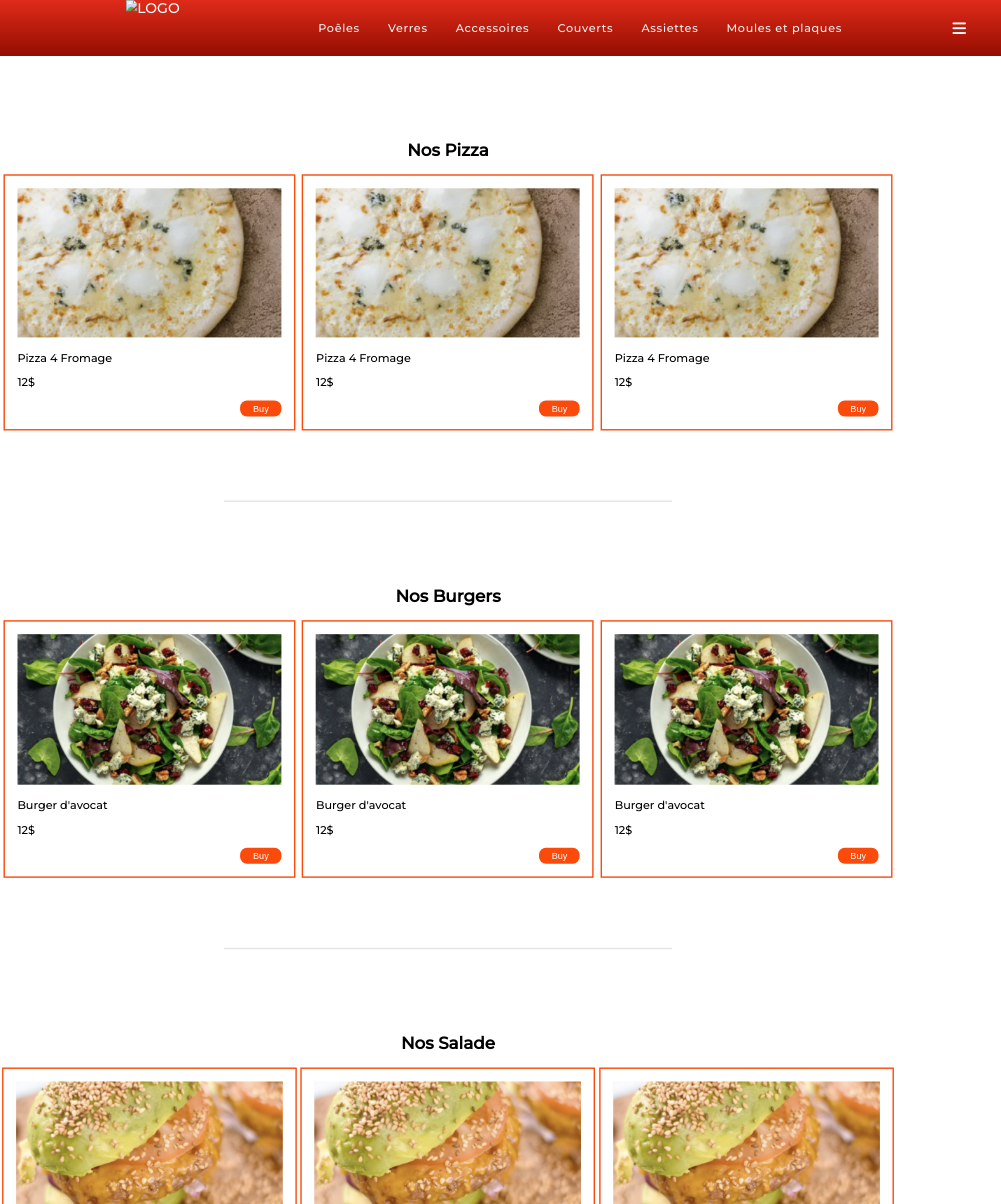
Repository: Ahlam-belhadj/bella-olange
Page: index.html
An editor plug-in stored every save of this project. The page is shown before and after a run of saves, followed by the edit.
The browser window is 1280 px wide. The page is 1430 px wide, so the pictures cover 1430 px, including what lies to the right of the window. The pictures show the part of the page from y = 0 to 1720 px (the page is 2870 px tall), at 70% of full size.

Above is the page before, as saved 2023-02-12 00:14:08.

### index.html
<!DOCTYPE html>
<html lang="en">

<head>
    <meta charset="UTF-8">
    <meta http-equiv="X-UA-Compatible" content="IE=edge">
    <meta name="viewport" content="width=device-width, initial-scale=1.0">
    <script src="https://code.iconify.design/iconify-icon/1.0.3/iconify-icon.min.js"></script>
    <link rel="stylesheet" href="https://cdnjs.cloudflare.com/ajax/libs/font-awesome/6.2.1/css/all.min.css" />
    <link rel="stylesheet" href="style.css">
    <title>Bella olanje</title>
</head>

<body>
        <nav>
            <div class="logo"><img classsrc="image/logo_bella_olonje.png" alt="logo"></div>
            <ul>
                <li><a href="#" class="nav-link">Poêles</a></li>
                <li><a href="#" class="nav-link">Verres</a></li>
                <li><a href="#" class="nav-link">Accessoires</a></li>
                <li><a href="#" class="nav-link">Couverts</a></li>
                <li><a href="#" class="nav-link">Assiettes</a></li>
                <li><a href="#" class="nav-link">Moules et plaques</a></li>
            </ul>
            <div class="icon_navbar">
                <label for="click" class="menu-btn">
                  <i class="fas fa-bars"></i>
                </label>
            </div>
          </nav>
    <main>
        <h2 id="pizza" >Nos Pizza</h2>
        <div class="container-card">
            <div class="border">
                <div class="card-img">
                    <img src="image/fromage.png" alt="">
                </div>
                <div class="card-text">
                    <p>
                        Pizza 4 Fromage
                    </p>
                </div>
                <div class="prix">
                    <p>
                        12$
                    </p>
                </div>
                <div class="button1">
                    <a href="index2.html"><button class="button" type="button">Buy</button></a>
                </div>
            </div>
            <div class="border">
                <div class="card-img">
                    <img src="image/fromage.png" alt="">
                </div>
                <div class="card-text">
                    <p>
                        Pizza 4 Fromage
                    </p>
                </div>
                <div class="prix">
                    <p>
                        12$
                    </p>
                </div>
                <div class="button1">
                    <a href="index2.html"><button class="button" type="button">Buy</button></a>
                </div>
            </div>
            <div class="border">
                <div class="card-img">
                    <img src="image/fromage.png" alt="">
                </div>
                <div class="card-text">
                    <p>
                        Pizza 4 Fromage
                    </p>
                </div>
                <div class="prix">
                    <p>
                        12$
                    </p>
                </div>
                <div class="button1">
                    <a href="index2.html"><button class="button" type="button">Buy</button></a>
                </div>
            </div>
        </div>
        <hr id="burgers">
        <h2>Nos Burgers</h2>
        <div class="container-card">
            <div class="border">
                <div class="card-img">
                    <img src="image/salade.png" alt="">
                </div>
                <div class="card-text">
                    <p>
                        Burger d'avocat
                    </p>
                </div>
                <div class="prix">
                    <p>
                        12$
                    </p>
                </div>
                <div class="button1">
                    <a href="index2.html"><button class="button" type="button">Buy</button></a>
                </div>
            </div>
            <div class="border">
                <div class="card-img">
                    <img src="image/salade.png" alt="">
                </div>
                <div class="card-text">
                    <p>
                        Burger d'avocat
                    </p>
                </div>
                <div class="prix">
                    <p>
                        12$
                    </p>
                </div>
                <div class="button1">
                    <a href="index2.html"><button class="button" type="button">Buy</button></a>
                </div>
            </div>
            <div class="border">
                <div class="card-img">
                    <img src="image/salade.png" alt="">
                </div>
                <div class="card-text">
                    <p>
                        Burger d'avocat
                    </p>
                </div>
                <div class="prix">
                    <p>
                        12$
                    </p>
                </div>
                <div class="button1">
                    <a href="index2.html"><button class="button" type="button">Buy</button></a>
                </div>
            </div>
        </div>
        <hr id="salade">
        <h2>Nos Salade</h2>
        <div class="container-card">
            <div class="border">
                <div class="card-img">
                    <img src="image/burger.png" alt="">
                </div>
                <div class="card-text">
                    <p>
                        Burger d'avocat
                    </p>
                </div>
                <div class="prix">
                    <p>
                        12$
                    </p>
                </div>
                <div class="button1">
                    <a href="index2.html"><button class="button" type="button">Buy</button></a>
                </div>
            </div>
            <div class="border">
                <div class="card-img">
                    <img src="image/burger.png" alt="">
                </div>
                <div class="card-text">
                    <p>
                        Burger d'avocat
                    </p>
                </div>
                <div class="prix">
                    <p>
                        12$
                    </p>
                </div>
                <div class="button1">
                    <a href="index2.html"><button class="button" type="button">Buy</button></a>
                </div>
            </div>
            <div class="border">
                <div class="card-img">
                    <img src="image/burger.png" alt="">
                </div>
                <div class="card-text">
                    <p>
                        Burger d'avocat
                    </p>
                </div>
                <div class="prix">
                    <p>
                        12$
                    </p>
                </div>
                <div class="button1">
                    <a href="index2.html"><button class="button" type="button">Buy</button></a>
                </div>
            </div>
        </div>


        <strong>
            Problem solved
        </strong>


        <p class="texte3">After so many iterations and research covered, through my designs i was able to help <br> customers get
            acquainted
            with the app and order as fast as they can while enjoying the <br>
            process as they doing it.</p>



        <div class="title1">
            <div class="texte">
                <h2>Bonne appétit</h2>
            </div>
        </div>

        <footer class="footer">
            <img class="footer_logo" src="image/logo_bella_olonje.png" alt="logo">
            <div class="social">
                <img src="image/ant-design_twitter-outlined.png" alt="panier">
                <img src="image/ant-design_facebook-filled.png" alt="facebook">
                <img src="image/instagram.png" alt="insta">
            </div>
            <p class="copy">Copyright 2020 BienManger.com</p>
        </footer>
    </main>

</body>

</html>

### style.css
@import url('https://fonts.googleapis.com/css2?family=Montserrat:wght@100;200;500&display=swap');

body {
    font-family: Montserrat, sans-serif;
    margin: auto;
}


.logo {
    height: 80px;
    padding-left: 80px;
}

nav {
    display: flex;
    height: 80px;
    width: 100%;
    background: linear-gradient(#E02B1A, #930D00);
    align-items: center;
    justify-content: space-between;
    padding: 0 50px 0 100px;
    flex-wrap: wrap;
  }

  nav .logo {
    color: #fff;
    font-size: 20px;
    text-transform: uppercase;
    text-decoration: none;
  }

  nav a {
    color: #fff;
    text-decoration: none;
  }

  nav ul {
    display: flex;
    flex-wrap: wrap;
    list-style: none;

  }

  nav ul li {
    margin: 0 5px;
  }

  nav ul li a {
    color: #f2f2f2;
    text-decoration: none;
    font-size: 16px;
    font-weight: 500;
    padding: 8px 15px;
    border-radius: 5px;
    letter-spacing: 1px;
    transition: all 0.3s ease;
  }

  nav .icon_navbar {
    display: flex;
  }



  nav .menu-btn i {
    color: #fff;
    font-size: 22px;
    cursor: pointer;

  }

  input[type="checkbox"] {
    display: none;
  }

  @media (max-width: 1000px) {
    nav {
      padding: 0 40px 0 50px;
    }

    nav .logo {
      color: #fff;
      font-size: 16px;
      text-transform: uppercase;
    }
  }

  @media (max-width: 1250px) {
    nav .menu-btn i {
      display: block;
    }

    #click:checked~.menu-btn i:before {
      content: "\f00d";
    }

    nav ul {
      position: fixed;
      top: 80px;
      right: -100%;
      background: #C81100;
      height: 100vh;
      width: 60%;
      text-align: center;
      display: block;
      transition: all 0.3s ease;
    }

    #click:checked~ul {
      right: 0;
    }

    nav ul li {
      width: 100%;
      margin: 40px 0;
    }

    nav ul li a {
      width: 100%;
      display: block;
      font-size: 20px;
      transition: 0.6s cubic-bezier(0.68, -0.55, 0.265, 1.55);
    }

    #click:checked~ul li a {
      margin-left: 0px;
    }

    nav ul li a.active,
    nav ul li a:hover {
      background: none;
      color: #1E1E1E;
    }
  }

.title {
  background-image: url(image/Rectangle\ 48.png);
  height: 619px;
  background-repeat: no-repeat;
  background-position: center;
  background-size: cover;



}

.texte{
    color: white;
    display: flex;
    align-items: center;
    justify-content: center;
    flex-direction: column;
    text-align: center;
    height: 50%;
}

h2{
    text-align:center;
    padding-top: 100px;
}

.container-card{
    display: flex;
    flex-direction: row;
    justify-content: space-around;
    align-items: center;
    margin-bottom: 100px;

}

.border{
    border: 2px solid #fa4a0c;
    padding: 18px;

}


.button {
    border: 0;
    line-height: 1.8;
    padding: 0 18px;
    font-size: 13px;
    text-align: center;
    color: #fff;
    border-radius: 10px;
    background-color:#FA4A0C;

}


.button1{
    display: flex;
    justify-content: end;

}

.imgf{
    height: 619px;
}

.title1 {
    background-image: url(image/Rectangle\ 47.png);
    height: 516px;
    background-repeat: no-repeat;
    background-position: center;
    background-size: cover;



}

p.texte3 {

    margin-bottom: 100px;
    padding-left: 40px;
}

.footer {
    padding: 0 115px 54px 115px;
    display: flex;
    flex-direction: row;
    justify-content: space-between;
}

.footer_logo {
    padding-top: 17px;
    height: 90px;
}

.social {
    padding-top: 66px;
}

.copy {
    padding-top: 74px;
    font-family: Montserrat;
    font-style: normal;
    font-weight: 700;
    font-size: 12px;
    line-height: 18px;
    letter-spacing: 0.2px;
}


hr {
    width: 50%;
    height: 2px;
    background-color:#E4E4E4;
    border: none;
}

strong {
    padding-left: 40px;

}



@media (max-width:801px) {

    .container-card{
        flex-direction: column;
    }

    .border {
        margin: 20px;
    }


    .footer{
        padding: 0;
    }

    .social {
        padding: 0;
    }

    .nav-menu {
        width: 105%;
    }

}

After the next 3 saves:
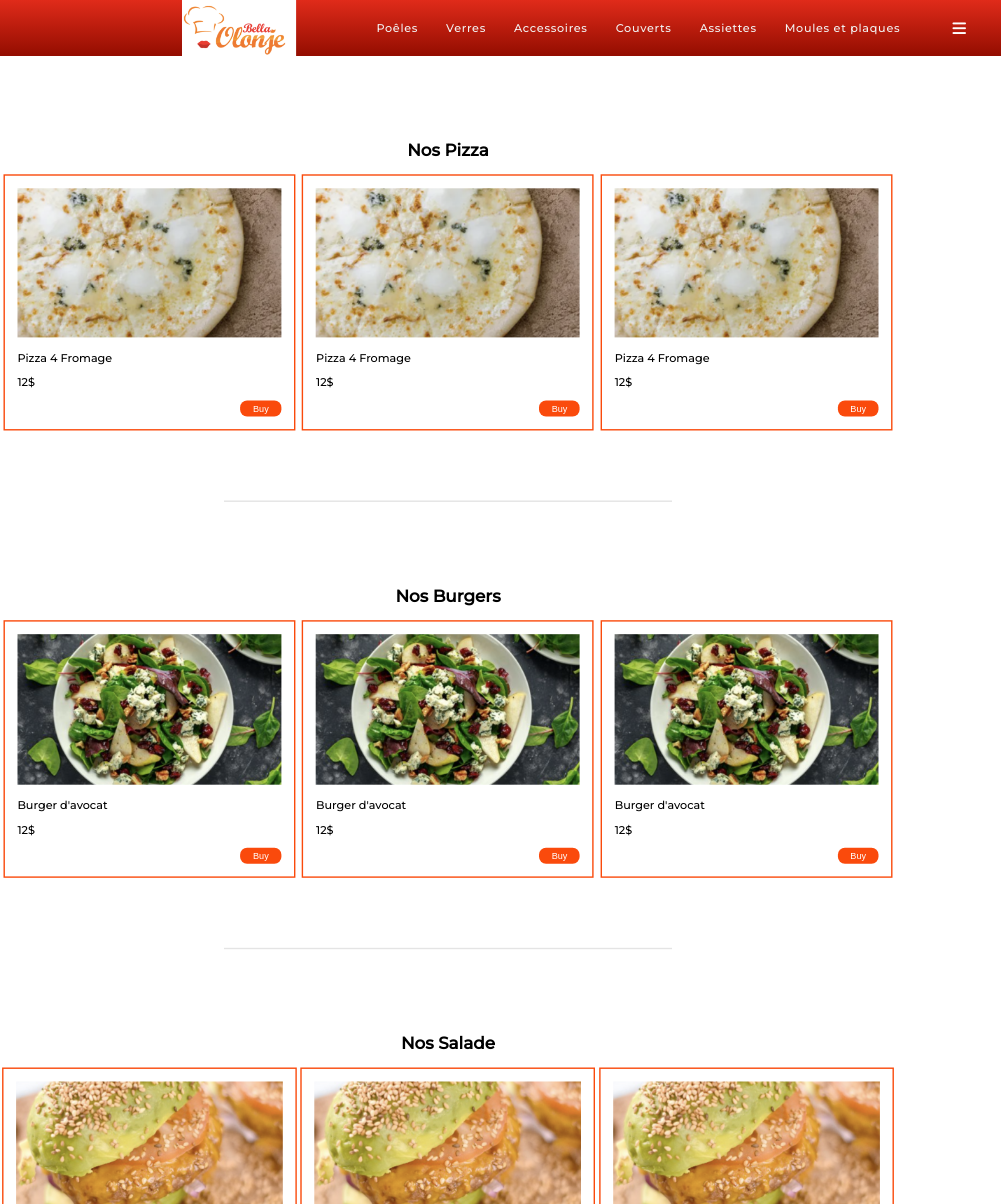
The 3 saves are shown as one change because they came seconds apart.
The last was saved 10 s later.
--- a/index.html
+++ b/index.html
@@ -13,7 +13,7 @@
 
 <body>
         <nav>
-            <div class="logo"><img classsrc="image/logo_bella_olonje.png" alt="logo"></div>
+            <div class="logo"><img  class="logo" src="image/logo_bella_olonje.png" alt="logo"></div>
             <ul>
                 <li><a href="#" class="nav-link">Poêles</a></li>
                 <li><a href="#" class="nav-link">Verres</a></li>
